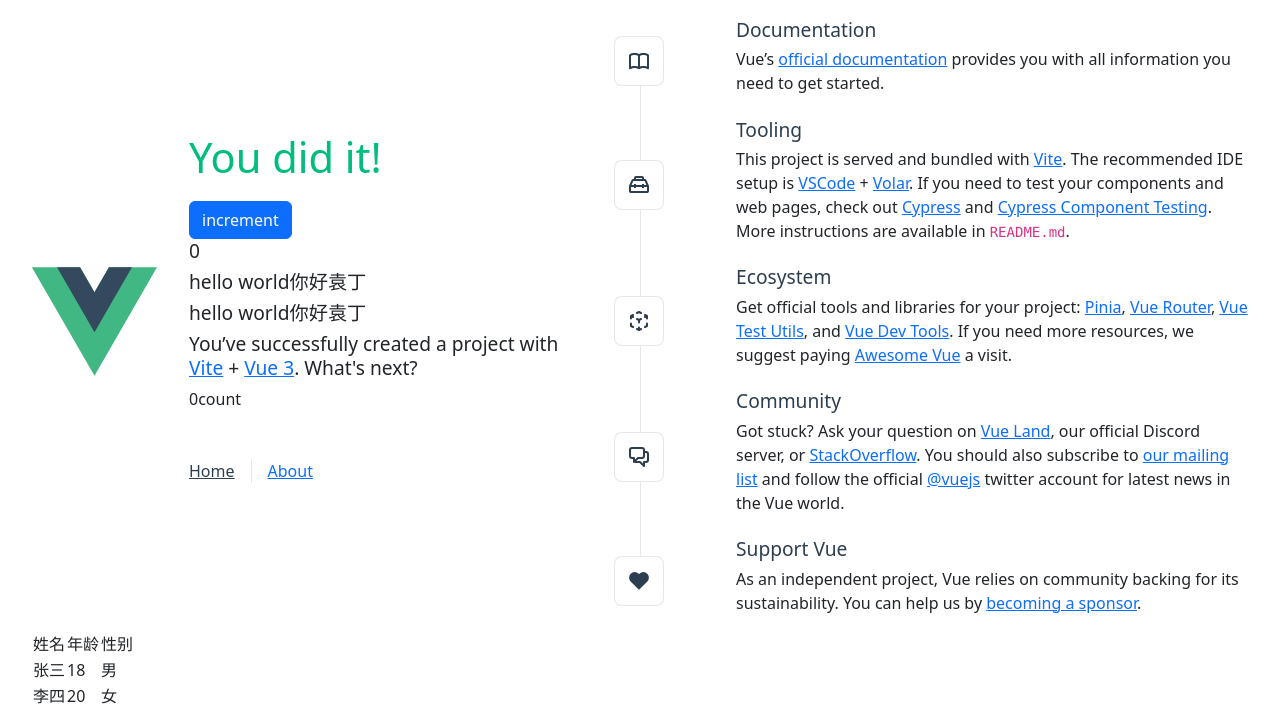
Repository: yuandinghh/vue
Page: /
The author's editor kept a copy of each file at every save. The page is drawn from the files as they stood at one save, then again after the next save.
The browser window is 1280 px wide. The pictures show the whole page.
The project was rebuilt for these pictures with package versions that can differ from the ones it lists, and the page was loaded fresh each time. Also part of the build but not shown: vite.config.ts.

Above is the page before, as saved 2023-03-22 00:04:21.

### index.html
<!DOCTYPE html>
<html lang="en">
  <head>
    <meta charset="UTF-8">
    <link rel="icon" href="/favicon.ico">
    <meta name="viewport" content="width=device-width, initial-scale=1.0">
    <!-- <link href="https://cdn.staticfile.org/twitter-bootstrap/5.1.1/css/bootstrap.min.css" rel="stylesheet">
    <script src="https://cdn.staticfile.org/twitter-bootstrap/5.1.1/js/bootstrap.bundle.min.js"></script>
    <title>Vite App</title> -->
  </head>
  <body>
    <div id="app"></div>
    <script type="module" src="/src/main.ts"></script>
  </body>
</html>

### src/main.ts
import { createApp } from 'vue'
import App from './App.vue'
import router from './router'

import './assets/main.css'
import 'bootstrap/dist/css/bootstrap.min.css';
import 'bootstrap/dist/js/bootstrap.min.js';
const app = createApp(App)

app.use(router)

app.mount('#app')

### src/App.vue
<script setup lang="ts">
import { RouterLink, RouterView } from "vue-router";
import HelloWorld from "./components/HelloWorld.vue";
</script>

<template>
    <header>
      <img alt="Vue logo" class="logo" src="@/assets/logo.svg" width="125" height="125" />

      <div class="wrapper">
        <HelloWorld msg="You did it!" />

        <nav>
          <RouterLink to="/">Home</RouterLink>
          <RouterLink to="/about">About</RouterLink>
        </nav>
      </div>
    </header>
    <RouterView />
    <div>
    <!-- 写一个表格 -->
    <div>
      <table>
        <tr>
          <th>姓名</th>
          <th>年龄</th>
          <th>性别</th>
        </tr>
        <tr>
          <td>张三</td>
          <td>18</td>
          <td>男</td>
        </tr>
        <tr>
          <td>李四</td>
          <td>20</td>
          <td>女</td>
        </tr>
      </table>
    </div>
  </div>
</template>


<style scoped>
header {
  line-height: 1.5;
  max-height: 100vh;
}

.logo {
  display: block;
  margin: 0 auto 2rem;
}

nav {
  width: 100%;
  font-size: 12px;
  text-align: center;
  margin-top: 2rem;
}

nav a.router-link-exact-active {
  color: var(--color-text);
}

nav a.router-link-exact-active:hover {
  background-color: transparent;
}

nav a {
  display: inline-block;
  padding: 0 1rem;
  border-left: 1px solid var(--color-border);
}

nav a:first-of-type {
  border: 0;
}

@media (min-width: 1024px) {
  header {
    display: flex;
    place-items: center;
    padding-right: calc(var(--section-gap) / 2);
  }

  .logo {
    margin: 0 2rem 0 0;
  }

  header .wrapper {
    display: flex;
    place-items: flex-start;
    flex-wrap: wrap;
  }

  nav {
    text-align: left;
    margin-left: -1rem;
    font-size: 1rem;

    padding: 1rem 0;
    margin-top: 1rem;
  }
}
</style>

### src/components/HelloWorld.vue
<script setup lang="ts">
import { defineProps } from "vue";
import { computed, reactive } from "vue";
defineProps<{
  msg: string;
}>();
    const state = reactive({
      count: 0,
      str:"hello world",
      str1:"你好袁丁"
    });

    const increment = () => {
      state.count++;
    };
     const str2 = computed(() => {
      return state.str + state.str1;
    });

    const str3 = state.str + state.str1;
</script>

<template>
  <div class="greetings">
    <h1 class="green">{{ msg }}</h1>
    <button @click="increment" class="btn btn-primary"> increment</button>
    <h3>{{state.count}}</h3>
    <h3>{{str2}}</h3>
    <h3>{{str3}}</h3>
    <h3>
      You’ve successfully created a project with
      <a
        href="https://vitejs.dev/"
        target="_blank"
        rel="noopener"
      >Vite</a> +
      <a href="https://vuejs.org/" target="_blank" rel="noopener">Vue 3</a>. What's next?
    </h3>
    <p>{{ state.count }}count</p>
    <!-- <p>{{ str }}</p> -->
  </div>
</template>

<style scoped>
h1 {
  font-weight: 500;
  font-size: 2.6rem;
  top: -10px;
}

h3 {
  font-size: 1.2rem;
}

.greetings h1,
.greetings h3 {
  text-align: center;
}

@media (min-width: 1024px) {
  .greetings h1,
  .greetings h3 {
    text-align: left;
  }
}
</style>

Loaded but not shown: src/router/index.ts (common file); src/assets/main.css (common file); src/views/HomeView.vue (common file); src/assets/base.css (common file); src/components/TheWelcome.vue (common file); src/components/WelcomeItem.vue (common file); src/components/icons/IconDocumentation.vue (common file); src/components/icons/IconTooling.vue (common file); src/components/icons/IconEcosystem.vue (common file); src/components/icons/IconCommunity.vue (common file); src/components/icons/IconSupport.vue (common file)

After the next save:
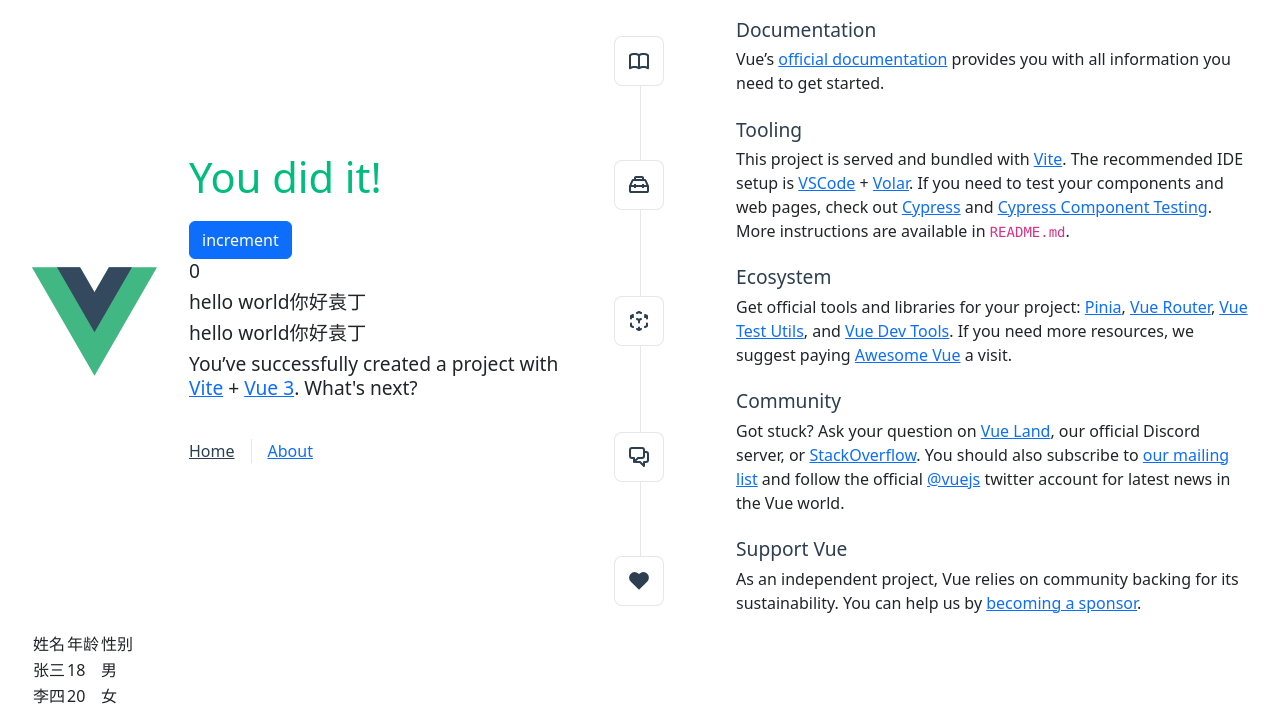
Saved 5 min 24 s later.
--- a/src/main.ts
+++ b/src/main.ts
@@ -5,6 +5,7 @@
 import './assets/main.css'
 import 'bootstrap/dist/css/bootstrap.min.css';
 import 'bootstrap/dist/js/bootstrap.min.js';
+
 const app = createApp(App)
 
 app.use(router)
--- a/src/components/HelloWorld.vue
+++ b/src/components/HelloWorld.vue
@@ -36,7 +36,6 @@
       >Vite</a> +
       <a href="https://vuejs.org/" target="_blank" rel="noopener">Vue 3</a>. What's next?
     </h3>
-    <p>{{ state.count }}count</p>
     <!-- <p>{{ str }}</p> -->
   </div>
 </template>
